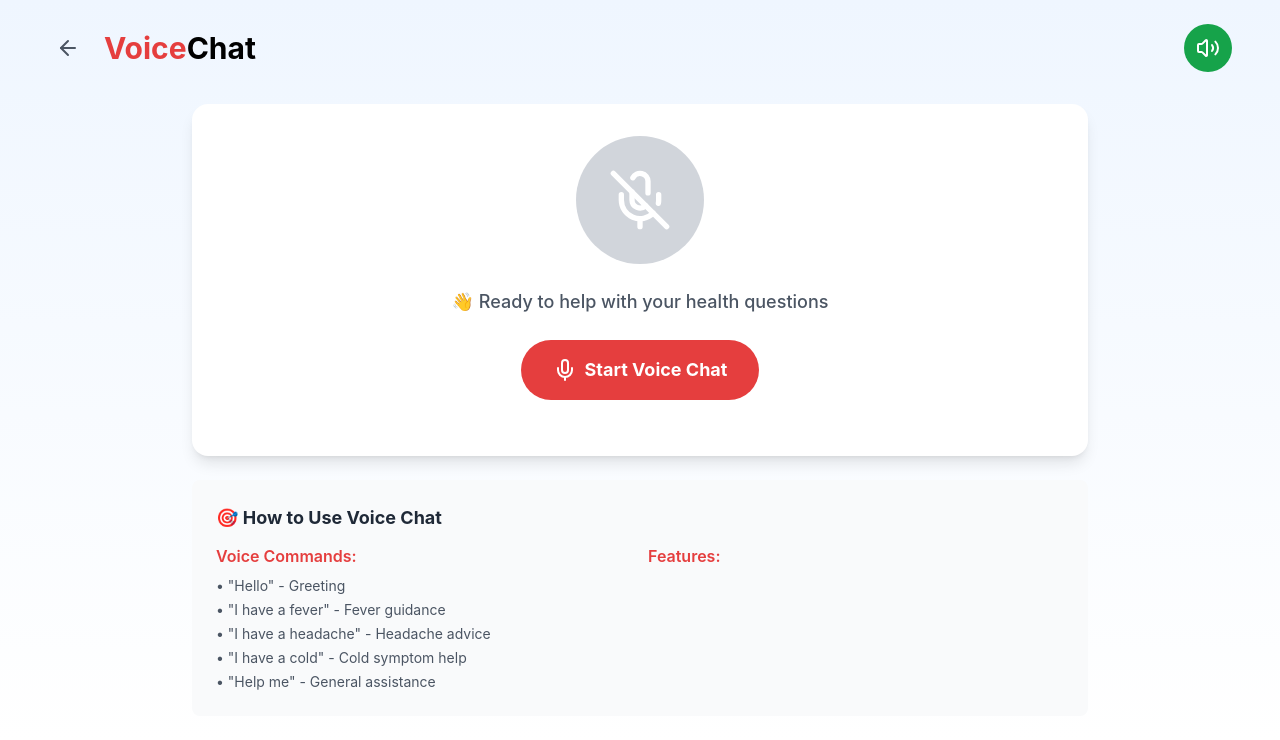
Repository: KarthikBalaji-007/telemedicine-frontend
Page: /voice (app in frontend_backup/medichat-frontend/)
The author's editor kept a copy of each file at every save. The page is drawn from the files as they stood at one save, then again after a run of saves.
The browser window is 1280 px wide. The pictures show the whole page.
The project was rebuilt for these pictures with package versions that can differ from the ones it lists, and the page was loaded fresh each time. Also part of the build but not shown: frontend_backup/medichat-frontend/src/components/HomePage.jsx, frontend_backup/medichat-frontend/src/components/ChatInterface.jsx, frontend_backup/medichat-frontend/src/components/DiagnosisResult.jsx, frontend_backup/medichat-frontend/src/components/History.jsx.

Above is the page before, as saved 2025-08-13 22:46:25.

### frontend_backup/medichat-frontend/src/index.css
@tailwind base;
@tailwind components;
@tailwind utilities;

* {
  margin: 0;
  padding: 0;
  box-sizing: border-box;
}

html, body {
  width: 100%;
  height: 100%;
  margin: 0;
  padding: 0;
  font-family: -apple-system, BlinkMacSystemFont, 'Segoe UI', 'Roboto', 'Oxygen',
    'Ubuntu', 'Cantarell', 'Fira Sans', 'Droid Sans', 'Helvetica Neue',
    sans-serif;
  -webkit-font-smoothing: antialiased;
  -moz-osx-font-smoothing: grayscale;
}

#root {
  width: 100%;
  height: 100%;
  margin: 0;
  padding: 0;
}

.App {
  width: 100%;
  min-height: 100vh;
  margin: 0;
  padding: 0;
}

### frontend_backup/medichat-frontend/src/App.js
import React from 'react';
import { BrowserRouter as Router, Routes, Route } from 'react-router-dom';
import HomePage from './components/HomePage';
import ChatInterface from './components/ChatInterface';
import DiagnosisResult from './components/DiagnosisResult';
import History from './components/History';
import VoiceToggle from './components/VoiceToggle';


function App() {
  return (
    <Router>
      <div className="App min-h-screen bg-gray-50">
        <Routes>
          <Route path="/" element={<HomePage />} />
          <Route path="/chat" element={<ChatInterface />} />
          <Route path="/diagnosis" element={<DiagnosisResult />} />
          <Route path="/history" element={<History />} />
          <Route path="/voice" element={<VoiceToggle />} />
        </Routes>
      </div>
    </Router>
  );
}

export default App;

### frontend_backup/medichat-frontend/src/components/VoiceToggle.jsx
import React, { useState, useEffect, useRef } from 'react';
import { useNavigate } from 'react-router-dom';
import { ArrowLeft, Mic, MicOff, Volume2, VolumeX } from 'lucide-react';

const VoiceToggle = () => {
  const navigate = useNavigate();
  const [isListening, setIsListening] = useState(false);
  const [transcript, setTranscript] = useState('');
  const [response, setResponse] = useState('');
  const [isSpeaking, setIsSpeaking] = useState(false);
  const [isProcessing, setIsProcessing] = useState(false);
  const [error, setError] = useState('');
  const [audioEnabled, setAudioEnabled] = useState(true);

  // Refs for managing speech recognition and synthesis
  const recognitionRef = useRef(null);
  const synthRef = useRef(window.speechSynthesis);
  const isReady = useRef(false);

  // Initialize Speech Recognition
  useEffect(() => {
    const SpeechRecognition = window.SpeechRecognition || window.webkitSpeechRecognition;

    if (!SpeechRecognition) {
      setError('Speech Recognition not supported in this browser');
      return;
    }

    const recognition = new SpeechRecognition();
    recognition.continuous = false;
    recognition.interimResults = true;
    recognition.lang = 'en-US';

    recognition.onstart = () => {
      setIsListening(true);
      setError('');
      console.log('Speech recognition started');
    };

    recognition.onresult = (event) => {
      let finalTranscript = '';
      let interimTranscript = '';

      for (let i = event.resultIndex; i < event.results.length; i++) {
        const transcript = event.results[i][0].transcript;
        if (event.results[i].isFinal) {
          finalTranscript += transcript;
        } else {
          interimTranscript += transcript;
        }
      }

      setTranscript(finalTranscript || interimTranscript);

      if (finalTranscript) {
        processVoiceInput(finalTranscript);
      }
    };

    recognition.onerror = (event) => {
      setError(`Speech recognition error: ${event.error}`);
      setIsListening(false);
    };

    recognition.onend = () => {
      setIsListening(false);
      console.log('Speech recognition ended');
    };

    recognitionRef.current = recognition;
    isReady.current = true;

    return () => {
      if (recognition) {
        recognition.abort();
      }
    };
  }, []);

  // Process voice input and generate response
  const processVoiceInput = async (input) => {
    setIsProcessing(true);

    try {
      // Simulate processing time
      await new Promise(resolve => setTimeout(resolve, 1000));

      const aiResponse = generateMedicalResponse(input);
      setResponse(aiResponse);

      // Speak the response if audio is enabled
      if (audioEnabled) {
        speakResponse(aiResponse);
      }
    } catch (error) {
      setError('Error processing voice input');
    } finally {
      setIsProcessing(false);
    }
  };

  // Generate medical response based on input
  const generateMedicalResponse = (input) => {
    const text = input.toLowerCase();

    if (text.includes('hello') || text.includes('hi')) {
      return "Hello! I'm MediChat, your AI health assistant. How can I help you with your health concerns today?";
    }

    if (text.includes('fever') || text.includes('temperature')) {
      return "I understand you're experiencing fever symptoms. Please monitor your temperature regularly. Stay hydrated, rest, and consider taking acetaminophen if needed. If your fever exceeds 103°F or persists for more than 3 days, please consult a healthcare provider immediately.";
    }

    if (text.includes('headache') || text.includes('head pain')) {
      return "For headache relief, try resting in a quiet, dark room. Apply a cold or warm compress to your head. Stay hydrated and consider over-the-counter pain relievers. If you experience sudden, severe headaches or headaches with other symptoms, seek medical attention.";
    }

    if (text.includes('cold') || text.includes('cough')) {
      return "For cold symptoms, get plenty of rest and drink fluids. Warm salt water gargles can help with sore throat. Use a humidifier and consider over-the-counter medications. See a doctor if symptoms worsen or persist beyond 10 days.";
    }

    if (text.includes('stomach') || text.includes('nausea')) {
      return "For stomach issues, try the BRAT diet: bananas, rice, applesauce, and toast. Stay hydrated with small sips of water. Avoid dairy and spicy foods. If you experience severe pain, blood, or persistent symptoms, consult a healthcare provider.";
    }

    if (text.includes('help') || text.includes('what can you do')) {
      return "I can help you with health questions, symptom analysis, first aid guidance, and provide general medical information. Please describe your symptoms or ask me any health-related questions. Remember, I'm here to assist, but always consult healthcare professionals for serious concerns.";
    }

    // Default response
    return "Thank you for sharing that with me. Could you provide more details about your symptoms? When did they start, and how severe are they? This will help me give you more specific guidance.";
  };

  // Speak the AI response
  const speakResponse = (text) => {
    if (!synthRef.current) return;

    // Stop any ongoing speech
    synthRef.current.cancel();

    const utterance = new SpeechSynthesisUtterance(text);
    utterance.rate = 0.9;
    utterance.pitch = 1.0;
    utterance.volume = 1.0;
    utterance.lang = 'en-US';

    // Get available voices
    const voices = synthRef.current.getVoices();
    if (voices.length > 0) {
      // Prefer female voice for medical assistant
      const femaleVoice = voices.find(voice =>
        voice.name.toLowerCase().includes('female') ||
        voice.name.toLowerCase().includes('zira') ||
        voice.name.toLowerCase().includes('hazel')
      );
      utterance.voice = femaleVoice || voices[0];
    }

    utterance.onstart = () => {
      setIsSpeaking(true);
    };

    utterance.onend = () => {
      setIsSpeaking(false);
    };

    utterance.onerror = (event) => {
      setIsSpeaking(false);
      setError(`Speech synthesis error: ${event.error}`);
    };

    synthRef.current.speak(utterance);
  };

  // Start voice recognition
  const startListening = () => {
    if (!isReady.current || !recognitionRef.current) {
      setError('Speech recognition not ready');
      return;
    }

    setTranscript('');
    setResponse('');
    setError('');

    try {
      recognitionRef.current.start();
    } catch (error) {
      setError('Failed to start speech recognition');
    }
  };

  // Stop voice recognition
  const stopListening = () => {
    if (recognitionRef.current) {
      recognitionRef.current.stop();
    }
  };

  // Toggle audio output
  const toggleAudio = () => {
    setAudioEnabled(!audioEnabled);
    if (isSpeaking) {
      synthRef.current.cancel();
      setIsSpeaking(false);
    }
  };

  // Stop current speech
  const stopSpeaking = () => {
    if (synthRef.current) {
      synthRef.current.cancel();
      setIsSpeaking(false);
    }
  };

  return (
    <div className="min-h-screen bg-gradient-to-b from-blue-50 to-white">
      <div className="w-full px-4 sm:px-6 lg:px-8 xl:px-12 py-6">
        {/* Header */}
        <div className="flex items-center mb-8">
          <button
            onClick={() => navigate(-1)}
            className="mr-4 p-2 hover:bg-gray-100 rounded-full transition-colors"
          >
            <ArrowLeft className="w-6 h-6 text-gray-600" />
          </button>
          <h1 className="text-3xl font-bold">
            <span className="text-medical-red">Voice</span>
            <span className="text-black">Chat</span>
          </h1>

          {/* Audio Toggle */}
          <button
            onClick={toggleAudio}
            className={`ml-auto p-3 rounded-full transition-colors ${
              audioEnabled
                ? 'bg-green-600 text-white hover:bg-green-700'
                : 'bg-gray-400 text-white hover:bg-gray-500'
            }`}
          >
            {audioEnabled ? <Volume2 className="w-6 h-6" /> : <VolumeX className="w-6 h-6" />}
          </button>
        </div>

        {/* Main Voice Interface */}
        <div className="max-w-4xl mx-auto">
          {/* Voice Visualization */}
          <div className="bg-white rounded-2xl shadow-lg p-8 mb-6 text-center">
            <div className={`mx-auto mb-6 w-32 h-32 rounded-full flex items-center justify-center transition-all duration-300 ${
              isListening
                ? 'bg-red-500 animate-pulse shadow-lg shadow-red-500/50'
                : isSpeaking
                ? 'bg-blue-500 animate-pulse shadow-lg shadow-blue-500/50'
                : isProcessing
                ? 'bg-yellow-500 animate-spin shadow-lg shadow-yellow-500/50'
                : 'bg-gray-300'
            }`}>
              {isListening ? (
                <Mic className="w-16 h-16 text-white" />
              ) : isSpeaking ? (
                <Volume2 className="w-16 h-16 text-white" />
              ) : (
                <MicOff className="w-16 h-16 text-white" />
              )}
            </div>

            {/* Status Display */}
            <div className="mb-6">
              {isListening && (
                <div className="text-red-600 font-bold text-lg mb-2">
                  🎙️ Listening... Speak now!
                </div>
              )}
              {isProcessing && (
                <div className="text-yellow-600 font-bold text-lg mb-2">
                  🧠 Processing your request...
                </div>
              )}
              {isSpeaking && (
                <div className="text-blue-600 font-bold text-lg mb-2">
                  🔊 Speaking response...
                </div>
              )}
              {!isListening && !isProcessing && !isSpeaking && (
                <div className="text-gray-600 font-medium text-lg mb-2">
                  👋 Ready to help with your health questions
                </div>
              )}
            </div>

            {/* Control Buttons */}
            <div className="flex justify-center gap-4 mb-6">
              {!isListening ? (
                <button
                  onClick={startListening}
                  disabled={isProcessing || isSpeaking}
                  className="bg-medical-red text-white px-8 py-4 rounded-full font-bold text-lg hover:bg-red-600 transition-colors disabled:opacity-50 disabled:cursor-not-allowed flex items-center"
                >
                  <Mic className="w-6 h-6 mr-2" />
                  Start Voice Chat
                </button>
              ) : (
                <button
                  onClick={stopListening}
                  className="bg-gray-600 text-white px-8 py-4 rounded-full font-bold text-lg hover:bg-gray-700 transition-colors flex items-center"
                >
                  <MicOff className="w-6 h-6 mr-2" />
                  Stop Listening
                </button>
              )}

              {isSpeaking && (
                <button
                  onClick={stopSpeaking}
                  className="bg-orange-600 text-white px-6 py-4 rounded-full font-medium hover:bg-orange-700 transition-colors"
                >
                  Stop Speaking
                </button>
              )}
            </div>

            {/* Error Display */}
            {error && (
              <div className="bg-red-100 border border-red-400 text-red-700 px-4 py-3 rounded mb-4">
                <strong>Error:</strong> {error}
              </div>
            )}
          </div>

          {/* Conversation Display */}
          {(transcript || response) && (
            <div className="bg-white rounded-lg shadow-lg p-6 mb-6">
              <h3 className="text-xl font-bold text-gray-800 mb-4">💬 Conversation</h3>

              {transcript && (
                <div className="mb-4 p-4 bg-blue-50 rounded-lg border-l-4 border-blue-500">
                  <p className="text-blue-800 font-semibold mb-1">You said:</p>
                  <p className="text-gray-700">{transcript}</p>
                </div>
              )}

              {response && (
                <div className="p-4 bg-green-50 rounded-lg border-l-4 border-green-500">
                  <p className="text-green-800 font-semibold mb-1 flex items-center">
                    🩺 MediChat responds:
                    {audioEnabled && (
                      <button
                        onClick={() => speakResponse(response)}
                        disabled={isSpeaking}
                        className="ml-2 p-1 bg-green-600 text-white rounded-full hover:bg-green-700 disabled:opacity-50"
                      >
                        <Volume2 className="w-4 h-4" />
                      </button>
                    )}
                  </p>
                  <p className="text-gray-700">{response}</p>
                </div>
              )}
            </div>
          )}

          {/* Instructions */}
          <div className="bg-gray-50 rounded-lg p-6">
            <h3 className="text-lg font-bold text-gray-800 mb-3">🎯 How to Use Voice Chat</h3>
            <div className="grid md:grid-cols-2 gap-4">
              <div>
                <h4 className="font-semibold text-medical-red mb-2">Voice Commands:</h4>
                <ul className="text-sm text-gray-600 space-y-1">
                  <li>• "Hello" - Greeting</li>
                  <li>• "I have a fever" - Fever guidance</li>
                  <li>• "I have a headache" - Headache advice</li>
                  <li>• "I have a cold" - Cold symptom help</li>
                  <li>• "Help me" - General assistance</li>
                </ul>
              </div>
              <div>
                <h4 className="font-semibold text-medical-red mb-2">Features:</h4>
                <ul className="text-sm text-gray-600 space-y-1">

                </ul>
              </div>
            </div>
          </div>
        </div>
      </div>
    </div>
  );
};

export default VoiceToggle;

### frontend_backup/medichat-frontend/tailwind.config.js
/** @type {import('tailwindcss').Config} */
module.exports = {
  content: [
    "./src/**/*.{js,jsx,ts,tsx}",
  ],
  theme: {
    extend: {
      colors: {
        'medical-red': '#E53E3E',
        'medical-gray': '#F7FAFC',
      }
    },
  },
  plugins: [],
}

Loaded but not shown: frontend_backup/medichat-frontend/public/index.html (common file); frontend_backup/medichat-frontend/src/index.js (common file)

After the next 4 saves:
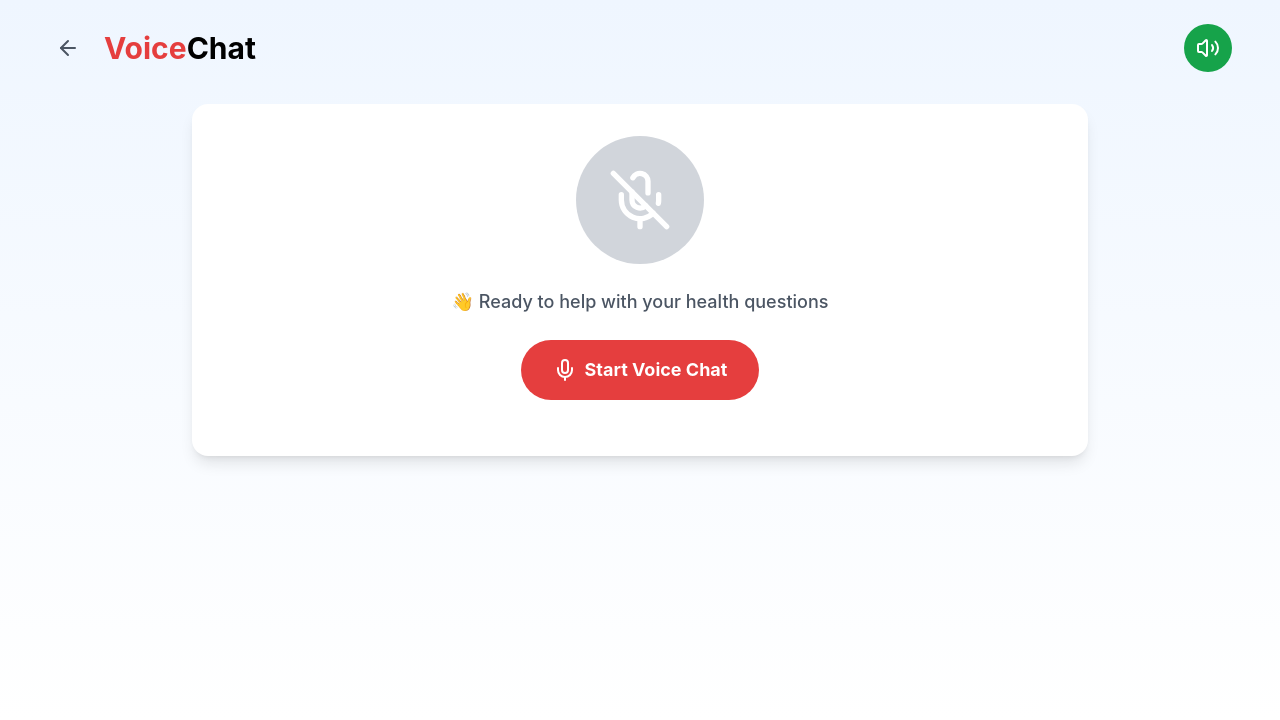
The 4 saves are shown as one change because 3 did not build or start.
The last was saved 47 s later.
--- a/frontend_backup/medichat-frontend/src/components/VoiceToggle.jsx
+++ b/frontend_backup/medichat-frontend/src/components/VoiceToggle.jsx
@@ -360,28 +360,10 @@ const VoiceToggle = () => {
             </div>
           )}
 
-          {/* Instructions */}
-          <div className="bg-gray-50 rounded-lg p-6">
-            <h3 className="text-lg font-bold text-gray-800 mb-3">🎯 How to Use Voice Chat</h3>
-            <div className="grid md:grid-cols-2 gap-4">
-              <div>
-                <h4 className="font-semibold text-medical-red mb-2">Voice Commands:</h4>
-                <ul className="text-sm text-gray-600 space-y-1">
-                  <li>• "Hello" - Greeting</li>
-                  <li>• "I have a fever" - Fever guidance</li>
-                  <li>• "I have a headache" - Headache advice</li>
-                  <li>• "I have a cold" - Cold symptom help</li>
-                  <li>• "Help me" - General assistance</li>
-                </ul>
-              </div>
-              <div>
-                <h4 className="font-semibold text-medical-red mb-2">Features:</h4>
-                <ul className="text-sm text-gray-600 space-y-1">
-
-                </ul>
-              </div>
-            </div>
-          </div>
+
+
+
+
         </div>
       </div>
     </div>
